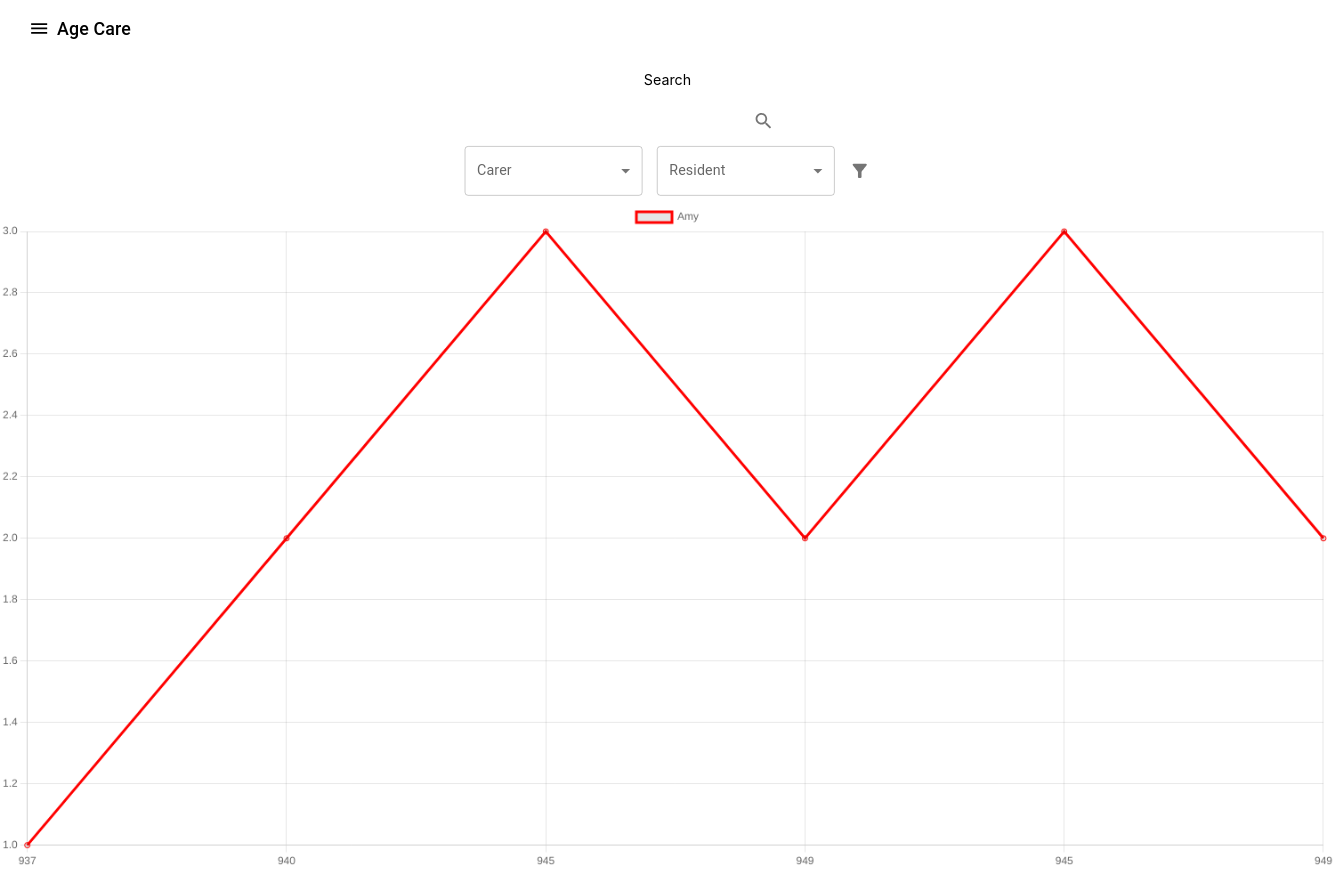
Repository: kimchybob/age_care
Page: /, after clicking the first element matching `button.css-78trlr-MuiButtonBase-root-MuiIconButton-root`
An editor plug-in stored every save of this project. The page is shown before and after the next save, followed by the edit.
The browser window is 1280 px wide. The page is 1500 px wide, so the pictures cover 1500 px, including what lies to the right of the window. The pictures show the whole page, at 89% of full size.
The project was rebuilt for these pictures with package versions that can differ from the ones it lists, and the page was loaded fresh each time. Also part of the build but not shown: src/Components/TimeSelecter.js, src/Components/SingleSelectList.js, src/Components/TableChart.js, src/Pages/DataGridPage.js.

Above is the page before, as saved 2022-03-23 22:24:34.

### src/index.js
import React from 'react';
import ReactDOM from 'react-dom';
import './index.css';
import App from './App';
import reportWebVitals from './reportWebVitals';
import { BrowserRouter } from "react-router-dom";

ReactDOM.render(
  <React.StrictMode>
    <App />
  </React.StrictMode>,
  document.getElementById('root')
);

// If you want to start measuring performance in your app, pass a function
// to log results (for example: reportWebVitals(console.log))
// or send to an analytics endpoint. Learn more: https://bit.ly/CRA-vitals
reportWebVitals();

### src/App.js
import logo from './logo.svg';
import './App.css';
import NavToolbar from './Components/Toolbar';
import LineChart from './Components/LineChart';
import { UserData } from './data';
import { useState } from 'react';
import ChartPage from './Pages/ChartPage';
import DataGridPage from './Pages/DataGridPage';
import { Link } from "react-router-dom";


function App() {
  const [view, setView] = useState("chart");



  return (

    <div className="App">
      <NavToolbar function={setView}/>
      <div style={{width:1500}}>
        {
          view=="chart"?
          <ChartPage/>
          :<DataGridPage/>
        }
      </div>
    </div>
  );
}

export default App;

### src/Components/Toolbar.js
import React from 'react';
import {Toolbar,Typography,Button } from '@mui/material';
import SideDrawer from './SideDrawer';


export default function NavToolbar(props) {



  return (
    <Toolbar>
      <SideDrawer/>
      <Typography variant="h6">
        Age Care
      </Typography>
    </Toolbar>
  );
}

### src/Components/LineChart.js
import React from "react";
import { Line } from 'react-chartjs-2';
import {Chart as ChartJS} from "chart.js/auto";

function LineChart({chartData}){
    return <Line data={chartData}/>
    ;
}

export default LineChart;

### src/data.js
export const UserData = [
    {
        id : 1,
        Carer : "Amy",
        Resident : "Tom",
        Date : 20220322,
        Time : 937,
        Distance : 1.0
    },
    {
        id : 2,
        Carer : "Amy",
        Resident : "Tom",
        Date : 20220322,
        Time : 940,
        Distance : 2.0
    },
    {
        id : 3,
        Carer : "Amy",
        Resident : "Tom",
        Date : 20220322,
        Time : 945,
        Distance : 3.0
    },
    {
        id : 4,
        Carer : "Amy",
        Resident : "Tom",
        Date : 20220322,
        Time : 949,
        Distance : 2.0
    },
    {
        id : 5,
        Carer : "Amy",
        Resident : "Tom",
        Date : 20220322,
        Time : 945,
        Distance : 3.0
    },
    {
        id : 6,
        Carer : "Amy",
        Resident : "Tom",
        Date : 20220322,
        Time : 949,
        Distance : 2.0
    },
]

### src/Pages/ChartPage.js
import { Line } from 'react-chartjs-2';
import {Chart as ChartJS} from "chart.js/auto";
import { UserData } from "../data";
import LineChart from "../Components/LineChart";
import MultiSelectList from "../Components/MultiSelectList";
import { Grid,IconButton } from "@mui/material";
import {React,useState} from 'react';
import DateSelecter from '../Components/DateSelecter';
import TimeSelecter from '../Components/TimeSelecter';
import SingleSelectList from '../Components/SingleSelectList';
import FilterAltIcon from '@mui/icons-material/FilterAlt';
import { Label } from '@mui/icons-material';






function ChartPage(){
  // const [carer,setCarer] = useState();

  const [userData,setUserData] = useState({
    labels: UserData.map((data) => data.Time),
    datasets: [
      {
        label:"Amy",
        data:UserData.map((data)=>data.Distance),
        borderColor:["red"]
      }
    ]
  });

  const [visible,setVisible] = useState(false);

  const filterClicked = () =>{
    setVisible(true);
  };

  const [filterVisible, setFilterVisible] = useState(false);

  const showFilter = () =>{
    setFilterVisible(true);
  };

  return (
    <div>
      <Grid
        container
        direction={"column"}
        justifyContent="center"
        alignItems="center"
      >
        <Grid item>
          <p>Search</p>
          <DateSelecter functions={showFilter}/>
        </Grid>
        {filterVisible?
        <Grid
          container
          direction={"column"}
          justifyContent="center"
          alignItems="center"
        >
          <Grid
            item
            container
            direction={"row"}
            justifyContent="center"
            alignItems="center"
          >
            <MultiSelectList label={"Carer"}/>
            <MultiSelectList label={"Resident"}/>
            <IconButton onClick={filterClicked}>
                <FilterAltIcon/>
            </IconButton>
          </Grid>
          <LineChart chartData={userData}/>
        </Grid>
        :<h1/>}
      </Grid>
    </div>
  );
}

export default ChartPage;

### src/Components/SideDrawer.js
import * as React from 'react';
import Box from '@mui/material/Box';
import SwipeableDrawer from '@mui/material/SwipeableDrawer';
import Button from '@mui/material/Button';
import List from '@mui/material/List';
import Divider from '@mui/material/Divider';
import ListItem from '@mui/material/ListItem';
import ListItemIcon from '@mui/material/ListItemIcon';
import ListItemText from '@mui/material/ListItemText';
import InboxIcon from '@mui/icons-material/MoveToInbox';
import MailIcon from '@mui/icons-material/Mail';
import { IconButton} from '@mui/material';
import MenuIcon from '@mui/icons-material/Menu';

export default function SideDrawer(props) {
  const [state, setState] = React.useState({
    left: false
  });

  const toggleDrawer = (anchor, open) => (event) => {
    if (
      event &&
      event.type === 'keydown' &&
      (event.key === 'Tab' || event.key === 'Shift')
    ) {
      return;
    }

    setState({ ...state, [anchor]: open });
  };

  const list = (anchor) => (
    <Box
      sx={{ width: anchor === 'top' || anchor === 'bottom' ? 'auto' : 250 }}
      role="presentation"
      onClick={toggleDrawer(anchor, false)}
      onKeyDown={toggleDrawer(anchor, false)}
    >
      <List>
        {/* {['Dashboard', 'Activity List', 'Carer Registration', 'Resident Registration'].map((text, index) => (
          <ListItem button key={text}>
            <ListItemIcon>
              {index % 2 === 0 ? <InboxIcon /> : <MailIcon />}
            </ListItemIcon>
            <ListItemText primary={text} />
          </ListItem>
        ))} */}
        <ListItem button key={'Dashboard'} ><ListItemText primary={'Dashboard'} /></ListItem>
        <ListItem button key={'Activity List'} ><ListItemText primary={'Activity List'} /></ListItem>
        <ListItem button key={'Carer Registration'}><ListItemText primary={'Carer Registration'} /></ListItem>
        <ListItem button key={'Resident Registration'}><ListItemText primary={'Resident Registration'} /></ListItem>
      </List>
      <Divider />
    </Box>
  );

  return (
    <div>

        <React.Fragment key={'left'}>
          {/* <Button onClick={toggleDrawer('left', true)}>{'lft'}</Button> */}
          <IconButton
            color="inherit"
            // aria-label="open drawer"
            onClick={toggleDrawer('left', true)}
            // edge="start"
            // sx={{ mr: 2, ...(open && { display: 'none' }) }}
          >
            <MenuIcon />
          </IconButton>
          <SwipeableDrawer
            anchor={'left'}
            open={state['left']}
            onClose={toggleDrawer('left', false)}
            onOpen={toggleDrawer('left', true)}
          >
            {list('left')}
          </SwipeableDrawer>
        </React.Fragment>

    </div>
  );
}

### src/Components/MultiSelectList.js
import * as React from 'react';
import { useTheme } from '@mui/material/styles';
import OutlinedInput from '@mui/material/OutlinedInput';
import InputLabel from '@mui/material/InputLabel';
import MenuItem from '@mui/material/MenuItem';
import FormControl from '@mui/material/FormControl';
import Select from '@mui/material/Select';

const ITEM_HEIGHT = 48;
const ITEM_PADDING_TOP = 8;
const MenuProps = {
  PaperProps: {
    style: {
      maxHeight: ITEM_HEIGHT * 4.5 + ITEM_PADDING_TOP,
      width: 250,
    },
  },
};

const names = [
  'Oliver Hansen',
  'Van Henry',
  'April Tucker',
  'Ralph Hubbard',
  'Omar Alexander',
  'Carlos Abbott',
  'Miriam Wagner',
  'Bradley Wilkerson',
  'Virginia Andrews',
  'Kelly Snyder',
];

function getStyles(name, personName, theme) {
  return {
    fontWeight:
      personName.indexOf(name) === -1
        ? theme.typography.fontWeightRegular
        : theme.typography.fontWeightMedium,
  };
}

export default function MultiSelectList(props) {
  const theme = useTheme();
  const [personName, setPersonName] = React.useState([]);

  const handleChange = (event) => {
    const {
      target: { value },
    } = event;
    setPersonName(
      // On autofill we get a stringified value.
      typeof value === 'string' ? value.split(',') : value,
    );
  };

  return (
    <div>
      <FormControl sx={{ m: 1, width: 200 }}>
        <InputLabel id="demo-multiple-name-label">{props.label}</InputLabel>
        <Select
          labelId="demo-multiple-name-label"
          id="demo-multiple-name"
          multiple
          value={personName}
          onChange={handleChange}
          input={<OutlinedInput label="name" />}
          MenuProps={MenuProps}
        >
          {names.map((name) => (
            <MenuItem
              key={name}
              value={name}
              style={getStyles(name, personName, theme)}
            >
              {name}
            </MenuItem>
          ))}
        </Select>
      </FormControl>
    </div>
  );
}

### src/Components/DateSelecter.js
import * as React from 'react';
import TextField from '@mui/material/TextField';
import AdapterDateFns from '@mui/lab/AdapterDateFns';
import LocalizationProvider from '@mui/lab/LocalizationProvider';
import DatePicker from '@mui/lab/DatePicker';
import { FormControl, Grid, IconButton } from '@mui/material';
import SearchIcon from '@mui/icons-material/Search';



function DateSelecter(props){
    const [value, setValue] = React.useState(null);
    const searchClicked = () =>{
        props.functions(true);
    };

    return (
        <Grid
            container
            direction={"row"}
            alignItems="center"
            justifyContent="center"
        >
            <FormControl sx={{ m: 1, width:200}}>
                <LocalizationProvider dateAdapter={AdapterDateFns}>
                    <DatePicker
                        label="Date"
                        value={value}
                        onChange={(newValue) => {
                        setValue(newValue);
                        }}
                        renderInput={(params) => <TextField {...params} />}
                    />
                </LocalizationProvider>
            </FormControl>
            <IconButton onClick={searchClicked}>
                <SearchIcon/>
            </IconButton>
        </Grid>
    );
}

export default DateSelecter;

Loaded but not shown: public/index.html (common file); src/index.css (common file); src/reportWebVitals.js (common file); src/App.css (common file)

After the next save:
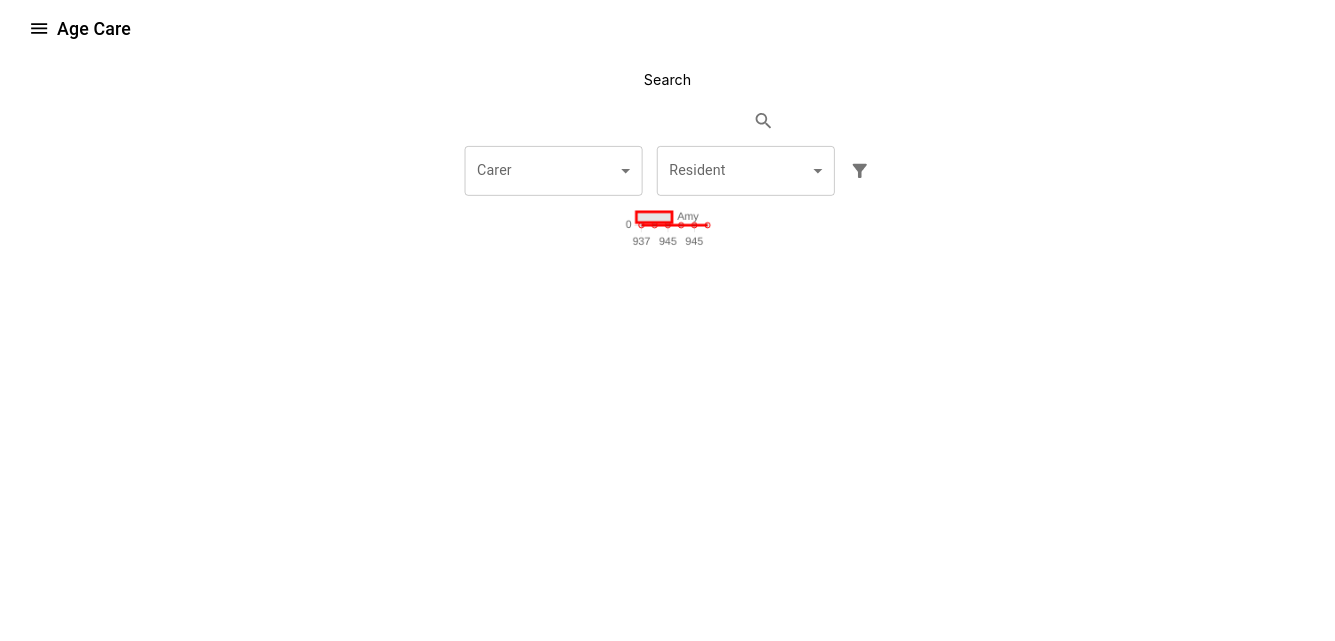
Saved 2 min 3 s later.
--- a/src/Pages/ChartPage.js
+++ b/src/Pages/ChartPage.js
@@ -74,7 +74,9 @@ function ChartPage(){
                 <FilterAltIcon/>
             </IconButton>
           </Grid>
-          <LineChart chartData={userData}/>
+          <Grid item width={100}>
+            <LineChart chartData={userData}/>
+          </Grid>
         </Grid>
         :<h1/>}
       </Grid>
